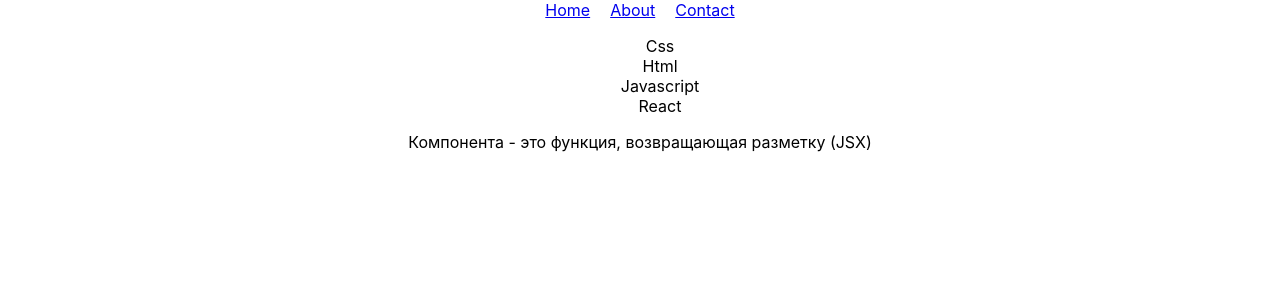
Repository: VladimirSolovyov/React
Page: /
An editor plug-in stored every save of this project. The page is shown before and after a run of saves, followed by the edit.
The browser window is 1280 px wide. The pictures show the whole page.
The project was rebuilt for these pictures with package versions that can differ from the ones it lists, and the page was loaded fresh each time.

Above is the page before, as saved 2020-03-12 12:28:46.

### src/App.js
import React from 'react';
import './App.css';
import Header from './Header.js';
import Technologies from './Technologies.js';
import Teoria from './Teoria.js';

const App = () => {
  return (
    <div className="App">
      <Header />
      <Technologies />
      <Teoria />
    </div>
  );
}

export default App;

### src/App.css
.App {
  text-align: center;
}

.App-logo {
  height: 40vmin;
  pointer-events: none;
}

@media (prefers-reduced-motion: no-preference) {
  .App-logo {
    animation: App-logo-spin infinite 20s linear;
  }
}

.App-header {
  background-color: #282c34;
  min-height: 100vh;
  display: flex;
  flex-direction: column;
  align-items: center;
  justify-content: center;
  font-size: calc(10px + 2vmin);
  color: white;
}

.App-link {
  color: #61dafb;
}

@keyframes App-logo-spin {
  from {
    transform: rotate(0deg);
  }
  to {
    transform: rotate(360deg);
  }
}

ul li {
  list-style-type:none;
}

.Header-menu a{
  padding: 10px;
}

.Header-menu a:hover{
  padding: 10px;
  color:red;
  cursor: pointer;
}

### src/Header.js
const Header = () => {
  return (
    <div>
      <nav className="Header-menu">
        <a href="#s">Home</a>
        <a href="#s">About</a>
        <a href="#s">Contact</a>
      </nav>
    </div>
  );
}
  export default Header;

### src/Technologies.js
const Technologies = () => {
    return (
          <div>
            <ul>
              <li>Css</li>
              <li>Html</li>
              <li>Javascript</li>
              <li>React</li>
            </ul>
          </div>
    );
  }

  export default Technologies;

### src/Teoria.js
const Teoria = () => {
  return(
      <div>
        <p>Компонента - это функция, возвращающая разметку (JSX)</p>
      </div>
  );
}

  export default Teoria;

Loaded but not shown: public/index.html (common file); src/index.js (common file); src/index.css (common file); src/serviceWorker.js (common file)

After the next 2 saves:
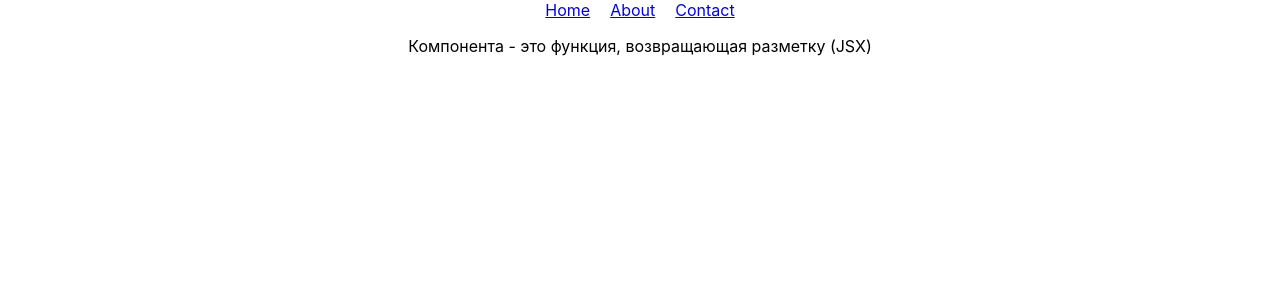
The 2 saves are shown as one change because they came seconds apart.
The last was saved 14 s later.
--- a/src/App.js
+++ b/src/App.js
@@ -1,14 +1,14 @@
 import React from 'react';
 import './App.css';
 import Header from './Header.js';
-import Technologies from './Technologies.js';
+//import Technologies from './Technologies.js';
 import Teoria from './Teoria.js';
 
 const App = () => {
   return (
     <div className="App">
       <Header />
-      <Technologies />
+      {/* <Technologies /> */}
       <Teoria />
     </div>
   );
